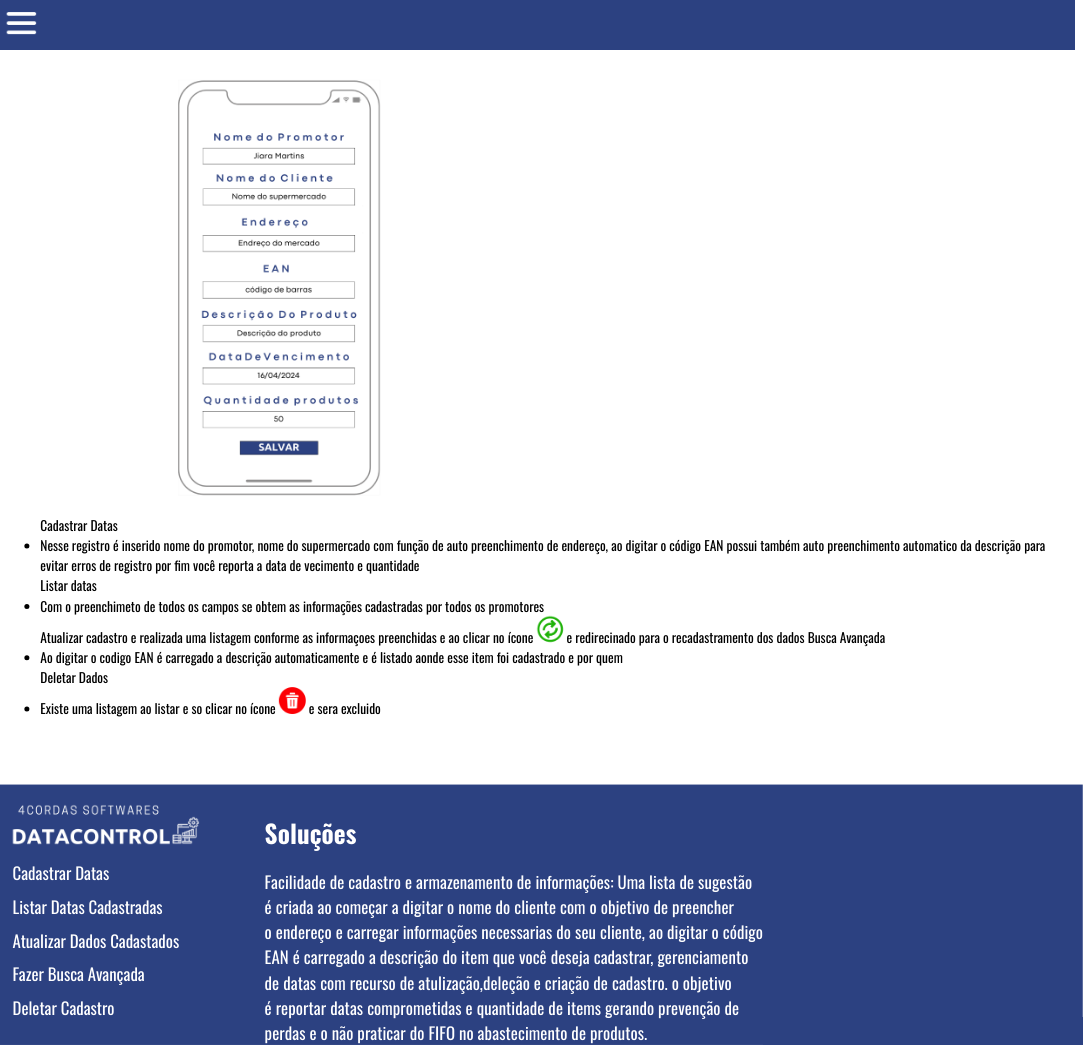
Repository: alfredo-allan/ControleDeDatasFrontEnd
Page: index.html
These files come from the project's save history. The page is drawn as it stood at one moment and after a run of saves; the edit follows.
The browser window is 1280 px wide. The page is 1289 px wide, so the pictures cover 1289 px, including what lies to the right of the window. The pictures show the whole page, at 84% of full size.

Above is the page before, as saved 2024-04-30 14:24:34.
Console error: TypeError: Cannot read properties of null (reading 'addEventListener')

### index.html
<!DOCTYPE html>
<html lang="pt-BR">
  <head>
    <meta charset="UTF-8" />
    <meta name="viewport" content="width=device-width, initial-scale=1.0" />
    <link rel="stylesheet" href="./style/style.css" />
    <link rel="preconnect" href="https://fonts.googleapis.com" />
    <link rel="preconnect" href="https://fonts.gstatic.com" crossorigin />
    <link
      href="https://fonts.googleapis.com/css2?family=Oswald:wght@200..700&display=swap"
      rel="stylesheet"
    />
    <title>Controle de Datas</title>
  </head>
  <body>
    <div class="header">
      <div id="menu-icon">
        <img id="icon-menu" src="./images/barra-de-menu.png" alt="" />
      </div>
      <div id="titulo">
        <!-- <h1>Controle De Datas</h1> -->
      </div>
      <div id="menu-options">
        <ul>
          <!-- <img id="usuario" src="./images/usuario-exemplo.jpg" alt="" /> -->
          <a href="pages/cadastro.html"><li>Cadastrar Datas</li></a>
          <a href="pages/listagem.html"><li>Listar Datas</li></a>
          <a href="pages/atualizar.html"><li>Atualizar Cadastro</li></a>
          <a href="pages/buscaavancada.html"><li>Busca Avançada</li></a>
          <a href="pages/deletar.html"><li>Deletar Dados</li></a>
        </ul>
      </div>
    </div>
    <img id="instrucao" src="./images/CadastrarDatas.png" alt="">
    <div class="coluna">
    <ul>
      <span>Cadastrar Datas</span>
      <li>Nesse registro é inserido nome do promotor, nome do supermercado com função de auto preenchimento de endereço, ao digitar o código EAN possui também auto preenchimento automatico da descrição para evitar erros de registro por fim você reporta a data de vecimento e quantidade</li>
      <span>Listar datas</span>
      <li>Com o preenchimeto de todos os campos se  obtem as informações cadastradas por todos os promotores</li>
      <span>Atualizar cadastro e realizada uma listagem conforme as informaçoes preenchidas e ao clicar no ícone <img src="./images/repetir.png" alt=""> e redirecinado para o recadastramento dos dados</span>
      <span>Busca Avançada</span>
      <li>Ao digitar o codigo EAN é carregado a descrição automaticamente e é listado aonde esse item foi cadastrado e por quem</li>
      <span>Deletar Dados</span>
      <li>Existe uma listagem ao listar e so clicar no ícone <img src="./images/excluir.png" alt=""> e sera excluido</li>
    </ul>
    </div>
    </div>
    <div class="footer">
      <div id="mapa" class="col-sm-6">
        <img id="tootext" src="./images/data.png" alt="" />
        <ul id="mapadosite">
          <a href="./pages/cadastro.html"><li>Cadastrar Datas</li></a>
          <a href="./pages/listagem.html"><li>Listar Datas Cadastradas</li></a>
          <a href="./pages/atualizar.html"
            ><li>Atualizar Dados Cadastados</li></a
          >
          <a href="./pages/buscaavancada.html"><li>Fazer Busca Avançada</li></a>
          <a href="./pages/deletar.html"><li>Deletar Cadastro</li></a>
        </ul>
      </div>
      <div id="solucao" class="col-sm-6">
        <span>Soluções</span>
        <p>
          Facilidade de cadastro e armazenamento de informações: Uma lista de
          sugestão <br />
          é criada ao começar a digitar o nome do cliente com o objetivo de
          preencher <br />
          o endereço e carregar informações necessarias do seu cliente, ao
          digitar o código <br />
          EAN é carregado a descrição do item que você deseja cadastrar,
          gerenciamento <br />
          de datas com recurso de atulização,deleção e criação de cadastro. o
          objetivo <br />
          é reportar datas comprometidas e quantidade de items gerando prevenção
          de <br />
          perdas e o não praticar do FIFO no abastecimento de produtos.
        </p>
      </div>
    </div>
  </body>
  <script src="./js/script.js"></script>
</html>

### style/style.css
:root {
  --cor-azul: rgb(44, 65, 129);
  --oswald-font: "Oswald", sans-serif;
  --luthier-font: "Luthier";
}

body {
  font-family: var(--oswald-font);
}

@font-face {
  font-family: "Luthier";
  src: url("../fonts/LuthierFF/Luthier-Regular.ttf") format("truetype");
  /* Adicione mais formatos (e.g. woff, woff2) conforme necessário */
}

#titulo h1 {
  font-family: var(--luthier-font);
  letter-spacing: 3px;
  font-weight: 900;
  color: white;
  margin-top: -30px;
  margin-left: 55px;
}

.column {
  display: flex;
  flex-direction: column;
  align-items: center;
  padding: 10px 20px 15px 15px;
  border: 1px solid #ccc;
  border-radius: 5px;
  width: 300px;
  margin: 0 auto;
  span {
    font-weight: 900;
    font-family: var(--luthier-font);
    letter-spacing: 3px;
    margin-bottom: 10px;
    color: var(--cor-azul);
  }
}

#logo img {
  margin-top: 200px;
  width: 250px;
  margin-left: 50px;
}

#logo {
  h1 {
    text-align: center;
    text-wrap: nowrap;
    font-size: 25px;
    font-family: var(--oswald-font);
    font-weight: 900;
    letter-spacing: 2px;
    color: var(--cor-azul);
  }
}

#form {
  margin-top: 80px;
}

input {
  margin-bottom: 5px;
  padding: 5px;
  width: 100%;
  box-sizing: border-box;
  font-weight: 600;
  margin-bottom: 10px;
}

input::placeholder {
  text-align: center;
  color: gray;
  font-family: var(--oswald-font);
  font-weight: 400;
}

input:focus {
  outline-color: var(--cor-azul); /* Altere a cor aqui */
}

.header {
  position: fixed;
  top: 0;
  left: 0;
  width: 100%;
  height: 60px;
  background-color: var(--cor-azul);
}

#icon-menu {
  width: 35px;
  margin-top: 10px;
  z-index: 1;
  margin-left: 8px;
  cursor: pointer;
}

#menu-options ul {
  list-style: none;
  padding: 0;
  margin-left: 5px;
  font-size: 20px;
  font-weight: 500;
  text-wrap: nowrap;
  font-family: var(--oswald-font);
  z-index: 999;
}

#menu-options ul li {
  padding: 10px;
  letter-spacing: 2px;
  cursor: pointer;
  z-index: 999;
}

a {
  text-decoration: none; /* Remove sublinhado */
  color: inherit; /* Mantém a cor padrão do texto */
  /* Adicione quaisquer outros estilos desejados para o link */
}

#menu-options {
  display: none;
  position: absolute;
  top: 0;
  left: 0;
  margin-top: 60px;
  width: 55%;
  height: 41vh;
  border-bottom-right-radius: 15px;
  background-color: var(--cor-azul);
  color: white;
  font-family: var(--oswald-font);
  font-weight: 900;
  z-index: 999;
}

button {
  text-align: center;
  width: 110px;
  height: 30px;
  padding: 6px 30px;
  background-color: rgba(44, 65, 129, 0.897);
  border-radius: 5px;
  color: white;
  border: none;
  border-radius: 5px;
  cursor: pointer;
  font-family: var(--oswald-font);
}

button:focus {
  outline: 2px solid var(--cor-azul);
}

.footer {
  width: 102%;
  position: relative;
  margin-top: 5%;
  margin-left: -8px;
  margin-bottom: -20px;
  background-color: var(--cor-azul);
}

.footer img {
  width: 300px;
  height: 60px;
  margin-top: 2px;
  cursor: pointer;
  margin-left: 10px;
}

#autocomplete-list-id {
  background-color: #f1f1f1;
  border: 1px solid #d4d4d4;
  color: var(--cor-azul);
  border-top: none;
  max-height: 200px;
  overflow-y: auto;
  position: absolute;
  /* z-index: 999; */
  margin-top: -10px;
  margin-left: 60px;
}

.autocomplete-items div {
  padding: 10px;
  cursor: pointer;
  background-color: #fff;
  border-bottom: 1px solid #d4d4d4;
}

.autocomplete-items div:hover {
  background-color: #e9e9e9;
}

.autocomplete-items div strong {
  font-weight: bold;
}

#data-list {
  margin: 0 auto;
  left: 50%;
  transform: translateX(-50%);
  margin: 0 auto;
  left: 50%;
  top: 60%;
  transform: translate(-50%, -50%);
  /* border: 1px solid var(--cor-azul); */
  color: var(--cor-azul);
  border-radius: 5px;
  max-height: 330px;
  overflow-y: auto;
  position: absolute;
  z-index: -1;
  margin-top: 110px;
  margin-left: 0px;
  width: 336px;
  list-style: none;
  .name {
    font-family: var(--oswald-font);
    font-weight: 900;
    font-size: 17px;
  }
  .item {
    font-family: var(--oswald-font);
    font-weight: 500;
    font-size: 15;
    color: rgb(0, 0, 0);
  }
}

/* #promotor {
  line-height: 60px;
} */

#data-list {
  /* Estilos do elemento #data-list */
  /* Defina outras propriedades conforme necessário */

  scrollbar-color: var(--cor-azul) var(--cor-azul); /* Cor da barra de rolagem e do fundo da barra */
}

#data-list::-webkit-scrollbar {
  width: 10px; /* Largura da barra de rolagem */
}

#data-list::-webkit-scrollbar-thumb {
  background-color: white; /* Cor da barra de rolagem */
  border-radius: 5px; /* Raio de borda da barra de rolagem */
}

#texto-descritivo {
  text-align: justify;
  margin-top: 200px;
  position: fixed;
  font-family: var(--luthier-font);
  letter-spacing: 3px;
  line-height: 2;
  margin-right: 8px;
  font-weight: 900;
  color: var(--cor-azul);
}

#del {
  width: 25px;
  margin: -4px;
  margin-left: 20px;
}

#atualizar {
  width: 25px;
  margin: -5px;
  margin-left: 20px;
}

.video {
  width: 100%;
  height: 100vh; /* Altura ocupando toda a tela */
}

.video video {
  position: fixed;
  top: 0;
  left: 0;
  width: 100%;
  height: 20%;
  object-fit: cover;
  margin-top: 52px;
}

.modal {
  display: none; /* Escondido por padrão */
  position: fixed;
  z-index: 1;
  left: 0;
  top: 0;
  width: 100%;
  height: 100%;
  overflow: auto;
  background-color: rgba(0, 0, 0, 0.4);
}

.modal-content {
  background-color: #fefefe;
  margin: 15% auto;
  padding: 20px;
  border: 2px solid #888;
  width: 80%;
  border-radius: 10px;
  p {
    text-align: center;
    font-family: var(--luthier-font);
    letter-spacing: 3px;
    font-weight: 600;
    color: var(--cor-azul);
  }
}

.close {
  color: #aaa;
  float: right;
  font-size: 28px;
  font-weight: bold;
}

.close:hover,
.close:focus {
  color: black;
  text-decoration: none;
  cursor: pointer;
}

#modalbtn {
  text-align: center;
}

#confirmButton {
  margin-right: 5px;
}

#tootext {
  margin-left: -40px;
  margin-top: 20px;
}

#mapadosite {
  font-family: var(--oswald-font);
  list-style: none;
  margin-top: 0px;
  line-height: 40px;
  text-align: left;
  margin-left: -25px;
  color: white;
  font-size: 20px;
}

#mapa {
  text-align: left;
}

#solucao {
  margin-top: -270px;
  margin-left: 315px;
  font-family: var(--oswald-font);
  letter-spacing: 0.1px;
  color: white;
  span {
    font-size: 30px;
    font-weight: 900;
  }
  p {
    font-size: 20px;
    text-align: left;
  }
}

@media (min-width: 310px) and (max-width: 580px) {
  #solucao {
    margin-top: -10px;
    margin-left: -200px;
    text-align: center;
  }
}

@media (min-width: 310px) and (max-width: 580px) {
  #solucao span {
    margin-left: -30px;
  }
}

@media (min-width: 310px) and (max-width: 580px) {
  #solucao p {
    font-size: 20px;
    text-align: left;
    margin-left: 215px;
  }
}

@media (min-width: 310px) and (max-width: 580px) {
  .footer {
    margin-top: 20%;
    position: absolute;
    margin-left: -8px;
    width: 100%;
    margin-bottom: 0px;
  }
}

.footer_pg {
  position: fixed;
  left: 0;
  bottom: 0;
  width: 100%;
  height: 60px;
  background-color: var(--cor-azul);
}

@media (min-width: 310px) and (max-width: 580px) {
  .footer_pg img {
    margin-left: auto;
    margin-right: auto;
    display: block;
  }
}

#instrucao {
  margin-top: 80px;
  width: 250px;
  margin-left: 200px;
}

@media (min-width: 500px) and (max-width: 1200px) {
  #instrucao {
    margin-left: 20px;
  }
}

.coluna {
  display: flex;
  flex-direction: column;
  justify-content: center;
}

### js/script.js
document.addEventListener("DOMContentLoaded", function () {
  carregarDados();

  document
    .getElementById("data-vencimento")
    .addEventListener("input", formatarData);

  document.getElementById("ean").addEventListener("input", function () {
    var eanSelecionado = document.getElementById("ean").value;
    preencherDescricaoPorEAN(eanSelecionado);
  });
});

function formatarData() {
  let inputData = document.getElementById("data-vencimento").value;

  let dataFormatada = inputData.replace(/^(\d{2})(\d{2})(\d{2})$/, "$1/$2/$3");

  document.getElementById("data-vencimento").value = dataFormatada;
}

function preencherDescricaoPorEAN(ean) {
  fetch("../frutap.json")
    .then((response) => response.json())
    .then((data) => {
      const mercados = data.mercados;

      for (let mercado of mercados) {
        const produto = mercado.produtos.find(
          (produto) => produto.codigoEAN === ean
        );
        if (produto) {
          document.getElementById("descricao-produto").value =
            produto.descricao;
          return; // Encerra o loop assim que encontrar o produto correspondente
        }
      }

      // Se não encontrou nenhum produto com o código EAN correspondente
      document.getElementById("descricao-produto").value =
        "Produto não encontrado";
    })
    .catch((error) => {
      console.error("Erro ao carregar os dados do arquivo JSON:", error);
    });
}

function carregarDados() {
  fetch("../frutap.json")
    .then((response) => {
      if (response.ok) {
        return response.json();
      } else {
        throw new Error("Erro ao carregar os dados");
      }
    })
    .then((data) => {
      if (data && data.mercados) {
        const mercados = data.mercados.map((mercado) => mercado.nome);
        const codigosEAN = data.mercados.map((mercado) => mercado.codigoEAN);
        const enderecos = data.mercados.map((mercado) => mercado.endereco);

        autocomplete(document.getElementById("nome-cliente"), mercados, data);
        autocomplete(document.getElementById("ean"), codigosEAN);
        autocomplete(
          document.getElementById("endereco-cliente"),
          enderecos,
          data
        );
      } else {
        console.error("Formato de dados inválido");
      }
    })
    .catch((error) => {
      console.error("Erro ao carregar os dados do arquivo JSON:", error);
    });
}
function autocomplete(inp, arr, data) {
  var currentFocus;

  inp.addEventListener("input", function (e) {
    var a,
      b,
      i,
      val = this.value;
    closeAllLists();
    if (!val) {
      return false;
    }
    currentFocus = -1;
    a = document.createElement("DIV");
    a.setAttribute("id", "autocomplete-list-id");
    a.setAttribute("class", "autocomplete-items");
    this.parentNode.appendChild(a);
    for (i = 0; i < arr.length; i++) {
      if (
        arr[i] &&
        arr[i].substr(0, val.length).toUpperCase() == val.toUpperCase()
      ) {
        b = document.createElement("DIV");
        b.innerHTML = "<strong>" + arr[i].substr(0, val.length) + "</strong>";
        b.innerHTML += arr[i].substr(val.length);
        b.innerHTML += "<input type='hidden' value='" + arr[i] + "'>";
        b.addEventListener("click", function (e) {
          inp.value = this.getElementsByTagName("input")[0].value;
          closeAllLists();
          // Preencher o campo de Endereço do mercado ao selecionar o nome do mercado
          var selectedMarket = this.getElementsByTagName("input")[0].value;
          var mercadoSelecionado = data.mercados.find(
            (mercado) => mercado.nome === selectedMarket
          );
          if (mercadoSelecionado) {
            var enderecoCompleto =
              mercadoSelecionado.endereco.rua +
              ", " +
              mercadoSelecionado.endereco.bairro +
              ", " +
              mercadoSelecionado.endereco.cidade +
              ", " +
              mercadoSelecionado.endereco.estado;
            document.getElementById("endereco-cliente").value =
              enderecoCompleto;
          }
        });
        a.appendChild(b);
      }
    }
  });

  function closeAllLists(elmnt) {
    var x = document.getElementsByClassName("autocomplete-items");
    for (var i = 0; i < x.length; i++) {
      if (elmnt != x[i] && elmnt != inp) {
        x[i].parentNode.removeChild(x[i]);
      }
    }
  }

  document.addEventListener("click", function (e) {
    closeAllLists(e.target);
  });
}

const menuIcon = document.getElementById("menu-icon");
const menuOptions = document.getElementById("menu-options");

menuIcon.addEventListener("click", function () {
  if (menuOptions.style.display === "none") {
    menuOptions.style.display = "block";
  } else {
    menuOptions.style.display = "none";
  }
});

document.getElementById("btn-salvar").addEventListener("click", function () {
  const nomePromotor = document.getElementById("nome-promotor").value;
  const nomeCliente = document.getElementById("nome-cliente").value;
  const enderecoCliente = document.getElementById("endereco-cliente").value;
  const ean = document.getElementById("ean").value;
  const descricaoProduto = document.getElementById("descricao-produto").value;
  const dataVencimento = document.getElementById("data-vencimento").value;
  const quantidadeProdutos = document.getElementById(
    "quantidade-produtos"
  ).value;

  fetch("https://v1controledatas.pythonanywhere.com/salvar-dados", {
    method: "POST",
    headers: {
      "Content-Type": "application/json",
    },
    body: JSON.stringify({
      nomePromotor: nomePromotor,
      nomeCliente: nomeCliente,
      enderecoCliente: enderecoCliente,
      ean: ean,
      descricaoProduto: descricaoProduto,
      dataVencimento: dataVencimento,
      quantidadeProdutos: quantidadeProdutos,
    }),
  })
    .then((response) => {
      if (response.ok) {
        // alert("Dados salvos com sucesso!");
      } else {
        throw new Error("Erro ao salvar os dados");
      }
    })
    .catch((error) => {
      console.error("Erro ao salvar os dados:", error);
    });
});

// Selecionando o botão de fechar e o modal

Loaded but not shown: frutap.json (455 lines, source omitted)

After the next 6 saves:
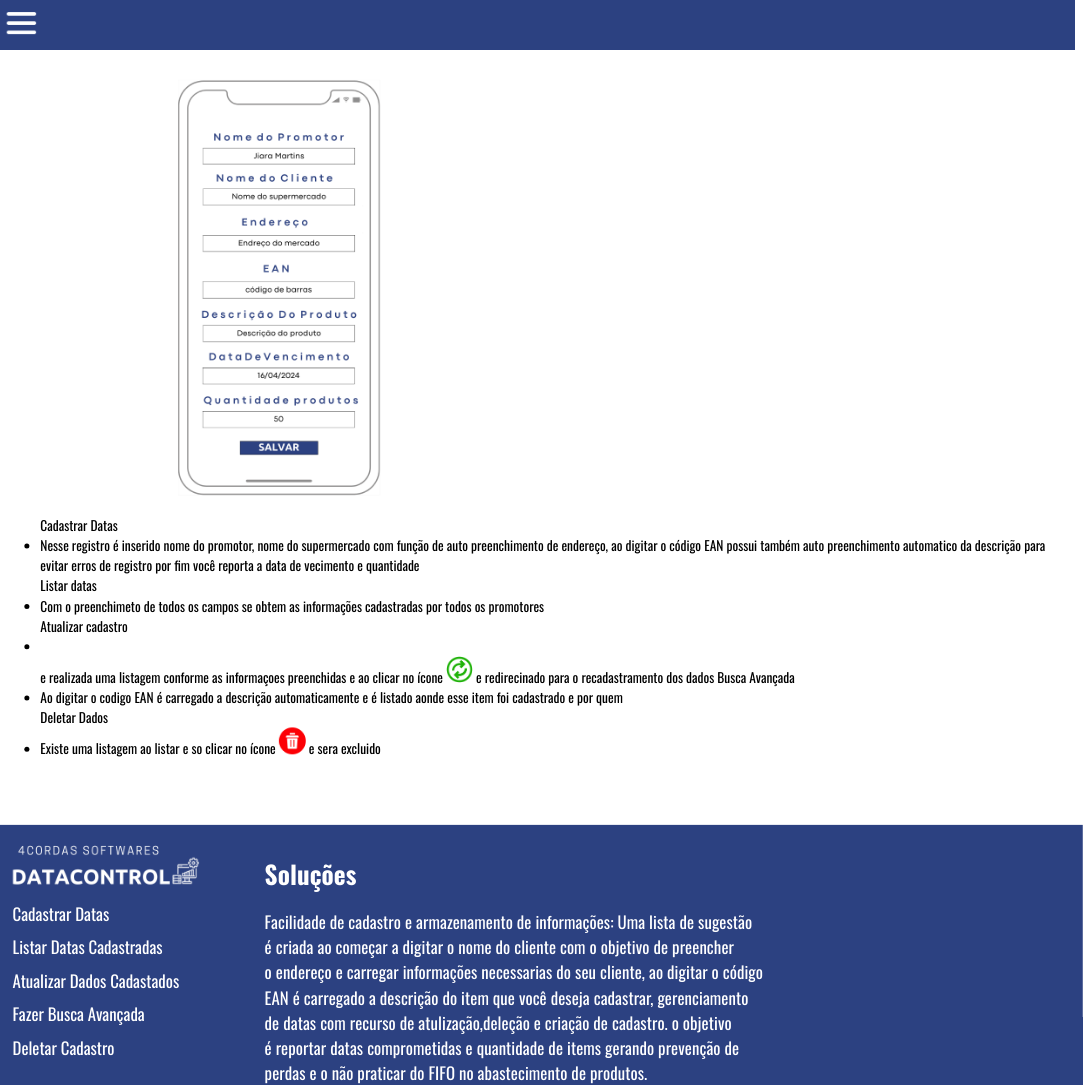
The 6 saves are shown as one change because they came seconds apart.
The last was saved 69 s later.
--- a/index.html
+++ b/index.html
@@ -38,7 +38,8 @@
       <li>Nesse registro é inserido nome do promotor, nome do supermercado com função de auto preenchimento de endereço, ao digitar o código EAN possui também auto preenchimento automatico da descrição para evitar erros de registro por fim você reporta a data de vecimento e quantidade</li>
       <span>Listar datas</span>
       <li>Com o preenchimeto de todos os campos se  obtem as informações cadastradas por todos os promotores</li>
-      <span>Atualizar cadastro e realizada uma listagem conforme as informaçoes preenchidas e ao clicar no ícone <img src="./images/repetir.png" alt=""> e redirecinado para o recadastramento dos dados</span>
+      <span>Atualizar cadastro</span>
+      <li></li> e realizada uma listagem conforme as informaçoes preenchidas e ao clicar no ícone <img src="./images/repetir.png" alt=""> e redirecinado para o recadastramento dos dados</span>
       <span>Busca Avançada</span>
       <li>Ao digitar o codigo EAN é carregado a descrição automaticamente e é listado aonde esse item foi cadastrado e por quem</li>
       <span>Deletar Dados</span>
